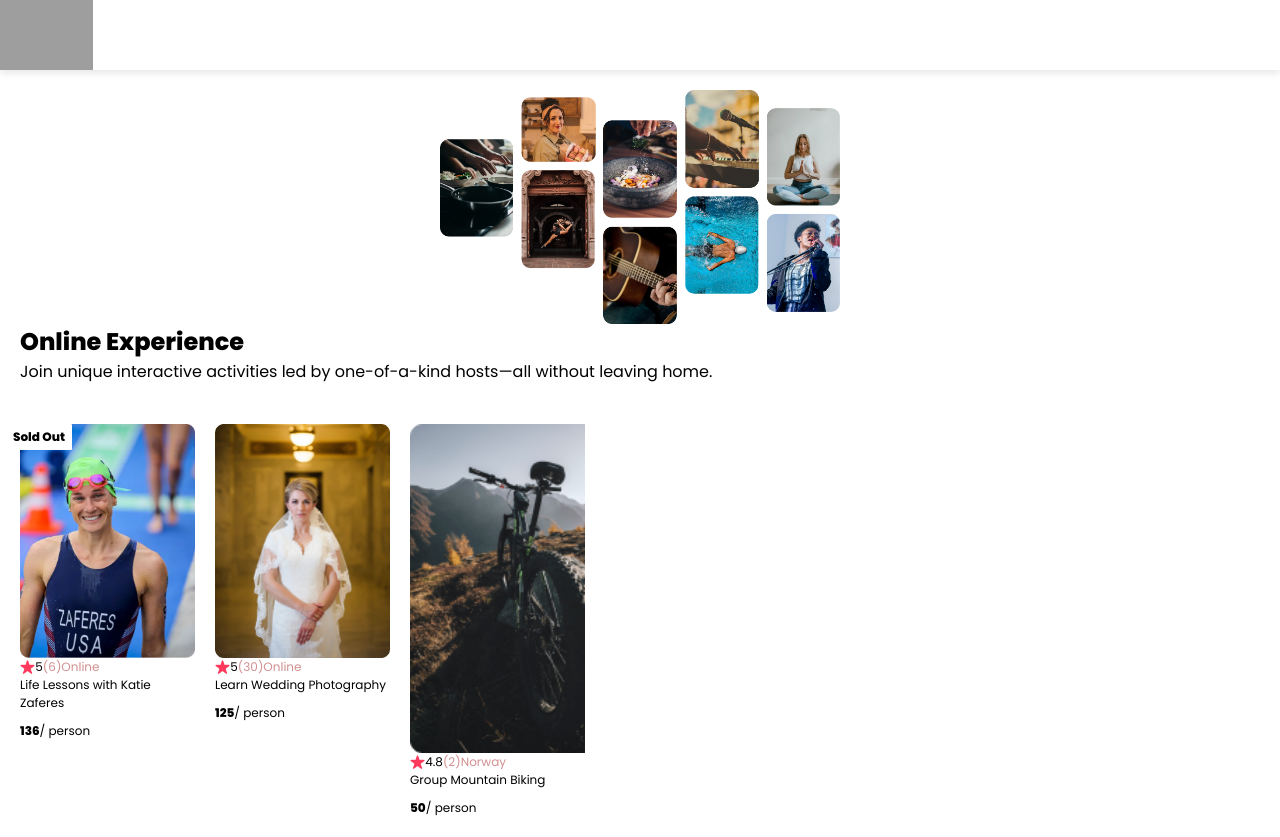
Repository: Richswag009/my-travel-journal
Page: /
These files come from the project's save history. The page is drawn as it stood at one moment and after the next save; the edit follows.
The browser window is 1280 px wide. The pictures show the whole page.
Pictures or frames that could not be fetched are drawn as grey boxes. Some web fonts or font styles are not loaded; a fallback is used. The project was rebuilt for these pictures with package versions that can differ from the ones it lists, and the page was loaded fresh each time.

Above is the page before, as saved 2022-06-17 16:46:07.

### public/index.html
<!DOCTYPE html>
<html lang="en">
  <head>
    <meta charset="utf-8" />
    <link rel="icon" href="%PUBLIC_URL%/favicon.ico" />
    <meta name="viewport" content="width=device-width, initial-scale=1" />
    <meta name="theme-color" content="#000000" />
    <meta name="description"content="Web site created using create-react-app"/>
    <link rel="preconnect" href="https://fonts.googleapis.com">
    <link rel="preconnect" href="https://fonts.gstatic.com" crossorigin>
    <link href="https://fonts.googleapis.com/css2?family=Baloo+Thambi+2&family=Poppins:wght@400;500;800&family=Raleway&family=Rubik&display=swap" rel="stylesheet">
    <link rel="apple-touch-icon" href="%PUBLIC_URL%/logo192.png" />
    <link rel="manifest" href="%PUBLIC_URL%/manifest.json" />
    <title>React Fact</title>
  </head>
  <body>
    <noscript>You need to enable JavaScript to run this app.</noscript>
    <div id="root"></div>

  </body>
</html>

### src/App.js

import React,{Component} from 'react';
import './App.css';
import Header from './component/Header';
import Hero from './component/Hero';
import Card from './component/Card';
import Data from './Data'

// import Users from './component/users/Users';
class App extends Component{
  render(){
    const cards =Data.map(items=>{
      return(
        <Card
        key={items.id}
        img={items.coverImg}
        rating={items.stats.rating}
        reviewCount={items.stats.reviewCount}
        Location={items.location}
        title={items.title}
        price={items.price}
        openSpots={items.openSpots}
        />
      )
    })
    return (
      <div className="App">
       <Header/>
       <Hero/>
       <section className='card-list'>
       {cards}
       </section>
      </div>
    );
  }
}

export default App;

### src/App.css
*{
    margin: 0;
    padding: 0;
    box-sizing: border-box;
}body{
    margin: 0;
    font-family: 'Poppins', sans-serif;}
.gray{
    color: #d18f90;
}
nav{
    height: 70px;
    display: flex;
    box-shadow:0px 3px 7.5px rgba(0,0,0,0.1) ;
}.nav-logo{
    max-width: 150px;
}section{
    padding: 20px;
}.hero{
display: flex;
flex-direction: column;
}
.hero-image{
    /* position: absolute; */
    max-width: 400px;
    align-self: center;
}.hero>h1{
margin: 16px 0;
}
.hero>p{
    margin-top: 0;
}.card-list{
    display: flex;
    flex-wrap: nowrap;
    gap: 20px;
    overflow-x: auto;

}.card{
    width: 175px;
    font-size: 12px;
    flex: 0 0 auto;
    display: flex;
    flex-direction:column;
}.card-image{
    width: 176px;
    border-radius: 9px;
    margin-bottom: 20px;


}.card-stats{
    display: flex;
    align-items: center;

}.card-star{
    height: 14px;
}.card-title{
    overflow: hidden;
    text-overflow: ellipsis;
}.card-price {
    margin-top: 10px;
}.card-badge{
    position: absolute;
    /* top: 6px; */
    left: 6px;
    background-color: #fff;
    padding: 4px 7px;
    border-radius: 2px;
    font-weight: bold;

}

### src/component/Header.js
import React, { Component } from 'react'
// import logo from './images/logo.png'
export default class Header extends Component {



    render() {
        return (
            <div>
                <nav>
                < img className='nav-logo' src='./images/logo.png' alt="" />
                </nav>
            </div>
        )
    }
}

### src/component/Hero.js
import React, { Component } from 'react'
//  import Group from '../images/Group-77.png'
export default class Hero extends Component {

    render() {
        return (
            < section className='hero'>
                <img className='hero-image' src='./images/Group-77.png' alt="" />
                <div>
                <h1>Online Experience</h1>
                <p>Join unique interactive activities led by one-of-a-kind hosts—all without leaving home.
                </p>
                </div>
            </section>
        )
    }
}

### src/component/Card.js
import React, { Component } from 'react'
// import Image12 from '../images/image12.png'
// import Star from '../images/Star-1.png'

export default class Card extends Component {

    render() {
        return (
            <div className='card'>
                <div className='card-badge'>Sold Out</div>
                <img className='card-img' src={`/images/${this.props.img}`} alt="" />
                <div className='card-stats'>
                <img className='card-star' src='./images/Star-1.png' alt="" />
                <span>{this.props.rating}</span>
                <span className='gray'>({this.props.reviewCount})</span>
                <span className='gray'>{this.props.Location}</span>
                </div>
                <p className='card-title'>{this.props.title}</p>
                <p className='card-price'><b>{this.props.price}</b>/ person</p>
            </div>
        )
    }
}

### src/Data.js


 const Data= [
    {
        id: 1,
        title: "Life Lessons with Katie Zaferes",
        description: "I will share with you what I call \"Positively Impactful Moments of Disappointment.\" Throughout my career, many of my highest moments only came after setbacks and losses. But learning from those difficult moments is what gave me the ability to rise above them and reach my goals.",
        price: 136,
        coverImg: "katie-zaferes.png",
        stats: {
            rating: 5.0,
            reviewCount: 6
        },
        location: "Online",
        openSpots: 0,
    },
    {
        id: 2,
        title: "Learn Wedding Photography",
        description: "Interested in becoming a wedding photographer? For beginner and experienced photographers alike, join us in learning techniques required to leave the happy couple with memories that'll last a lifetime.",
        price: 125,
        coverImg: "wedding-photography.png",
        stats: {
            rating: 5.0,
            reviewCount: 30
        },
        location: "Online",
        openSpots: 27,
    },
    {
        id: 3,
        title: "Group Mountain Biking",
        description: "Experience the beautiful Norwegian landscape and meet new friends all while conquering rugged terrain on your mountain bike. (Bike provided!)",
        price: 50,
        coverImg: "mountain-bike.png",
        stats: {
            rating: 4.8,
            reviewCount: 2
        },
        location: "Norway",
        openSpots: 3,
    }
]
export default Data;

Loaded but not shown: src/index.js (common file)

After the next save:
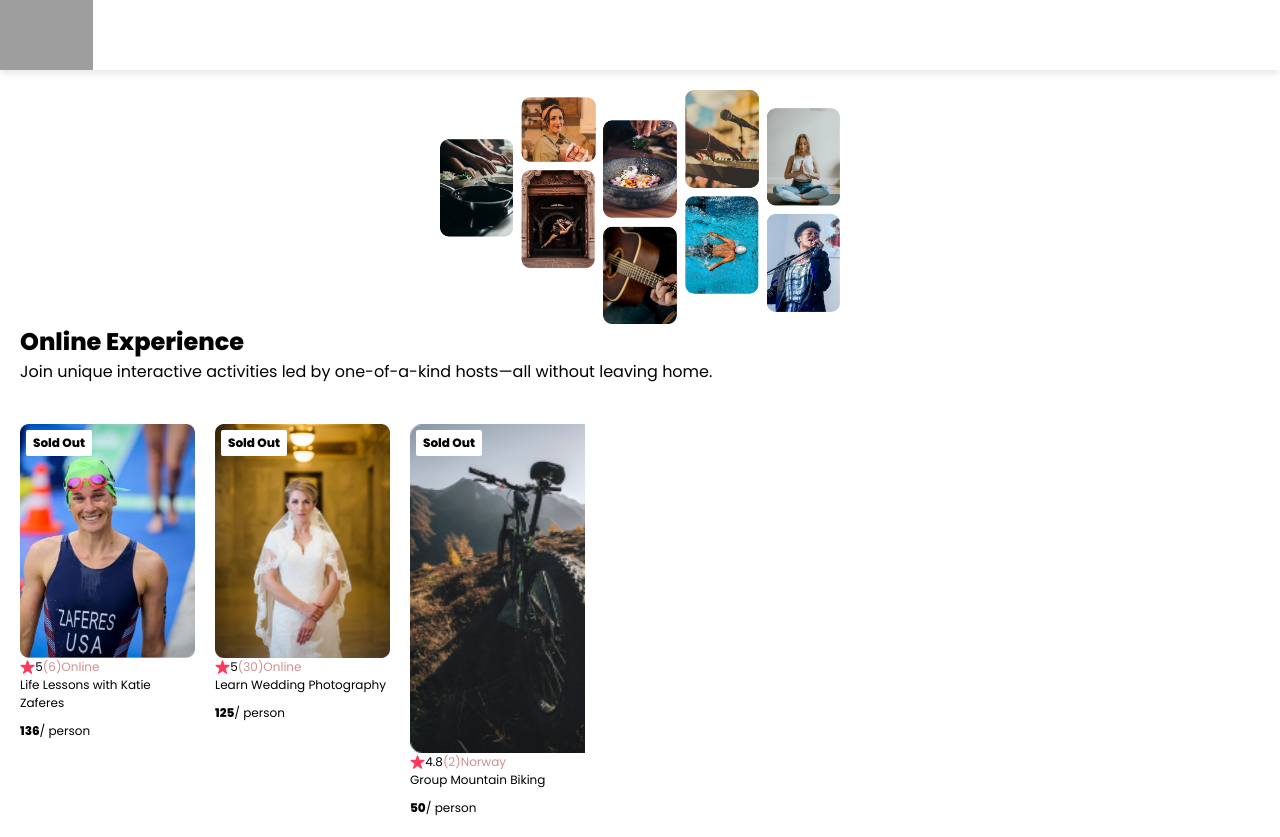
Saved 54 s later.
--- a/src/App.css
+++ b/src/App.css
@@ -41,6 +41,7 @@ margin: 16px 0;
     flex: 0 0 auto;
     display: flex;
     flex-direction:column;
+    position: relative;
 }.card-image{
     width: 176px;
     border-radius: 9px;
@@ -60,7 +61,7 @@ margin: 16px 0;
     margin-top: 10px;
 }.card-badge{
     position: absolute;
-    /* top: 6px; */
+    top: 6px;
     left: 6px;
     background-color: #fff;
     padding: 4px 7px;
